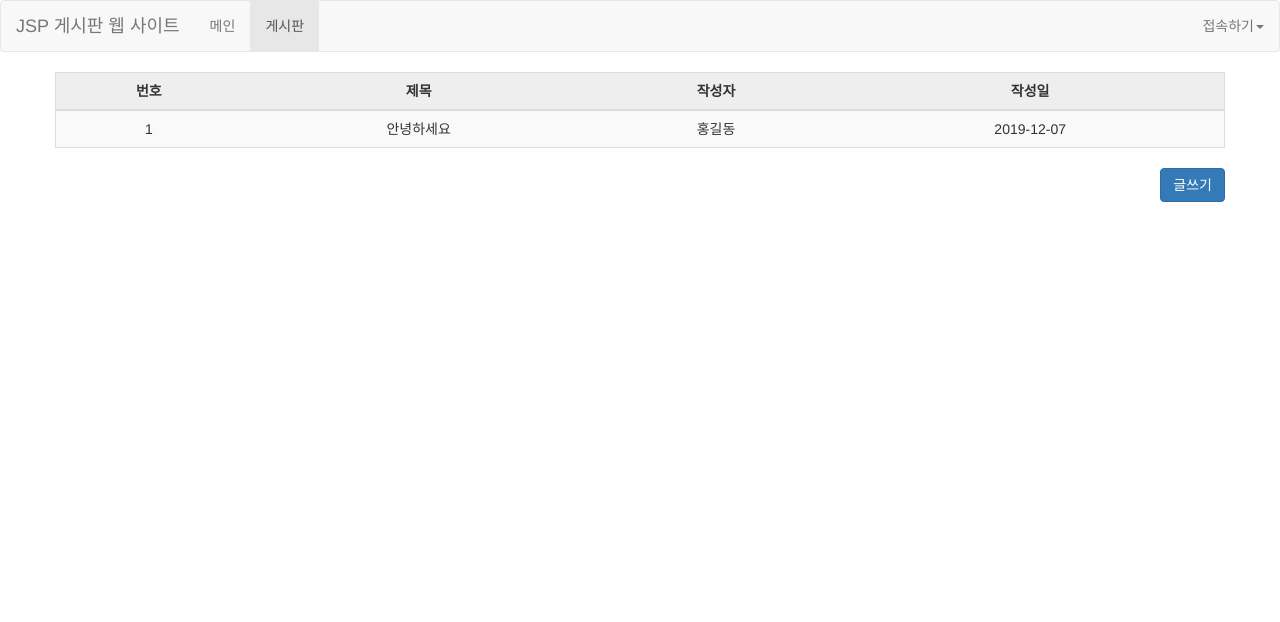
Repository: filola/web_project
Page: http://localhost/BBS/view.jsp
These files come from the project's save history. The page is drawn as it stood at one moment and after the next save; the edit follows.
The browser window is 1280 px wide. The pictures show the whole page.
Some web libraries are served in a nearby version. The page is served by Tomcat 9. Other server files are loaded and not shown.

Above is the page before, as saved 2019-12-07 05:43:00.

### projects/BBS/WebContent/view.jsp
<%@ page language="java" contentType="text/html; charset=UTF-8"
    pageEncoding="UTF-8"%>
<%@ page import="java.io.PrintWriter" %>
<!DOCTYPE html>
<html>
<head>
<meta http-equiv="Content-Type" content="text/html; charset="UTF-8">
<meta name="viewport" content="width=device-width", initial-scale="1">
<link rel="stylesheet" href="css/bootstrap.css">
<title>JSP 게시판 웹 사이트</title>
</head>
<body>
	<%
		String userID = null;
		if (session.getAttribute("userID") != null){
			userID = (String) session.getAttribute("userID");
		}
	%>
	<nav class="navbar navbar-default">
		<div class="navbar-header">
			<button type="button" class="navbar-toggle collapsed"
				data-toggle="collapse" data-target="#bs-example-navbar-collapse-1"
				aria-expanded="false">
				<span class="icon-bar"></span>
				<span class="icon-bar"></span>
				<span class="icon-bar"></span>
			</button>
			<a class="navbar-brand" href="main.jsp">JSP 게시판 웹 사이트</a>
		</div>
		<div class="collapse navbar-collapse" id="bs-example-navbar-collapse-1">
			<ul class="nav navbar-nav">
				<li><a href="main.jsp">메인</a></li>
				<li class="active"><a href="bbs.jsp">게시판</a></li>
			</ul>
			<%
				if(userID ==null) {
			%>
			<ul class="nav navbar-nav navbar-right">
				<li class="dropdown">
					<a href="#" class="dropdown-toggle"
                    	data-toggle="dropdown" role="button" aria-haspopup="true"
                    	aria-expanded="false">접속하기<span class="caret"></span></a>
					<ul class="dropdown-menu">
                        <li><a href="login.jsp">로그인</a></li>
                        <li><a href="join.jsp">회원가입</a>
					</ul>
				</li>
			</ul>
			<%
				} else {
			%>
			<ul class="nav navbar-nav navbar-right">
				<li class="dropdown">
					<a href="#" class="dropdown-toggle"
                    data-toggle="dropdown" role="button" aria-haspopup="true"
                    aria-expanded="false">회원관리<span class="caret"></span></a>
					<ul class="dropdown-menu">
                        <li><a href="logoutAction.jsp">로그아웃</a></li>
					</ul>
				</li>
			</ul>
			<%
				}
			%>
		</div>
	</nav>
	<div class="container">
		<div class="row">
			<table class="table table-striped" style="text-align: center; border: 1px solid #dddddd">
				<thead>
					<tr>
						<th style="background-color: #eeeeee; text-align: center;">번호</th>
						<th style="background-color: #eeeeee; text-align: center;">제목</th>
						<th style="background-color: #eeeeee; text-align: center;">작성자</th>
						<th style="background-color: #eeeeee; text-align: center;">작성일</th>
					</tr>
				</thead>
				<tbody>
					<tr>
						<td>1</td>
						<td>안녕하세요</td>
						<td>홍길동</td>
						<td>2019-12-07</td>
					</tr>
				</tbody>
			</table>
			<a href="write.jsp" class="btn btn-primary pull-right">글쓰기</a>
		</div>
	</div>
	<script src="https://ajax.aspnetcdn.com/ajax/jQuery/jquery-3.3.1.min.js"></script>
	<script src="https://maxcdn.bootstrapcdn.com/bootstrap/3.3.7/js/bootstrap.min.js"></script>
	<script src="https://ajax.googleapis.com/ajax/libs/jquery/3.2.1/jquery.min.js"></script>
</body>
</html>

Loaded but not shown: projects/BBS/WebContent/css/bootstrap.css (library)

After the next save:
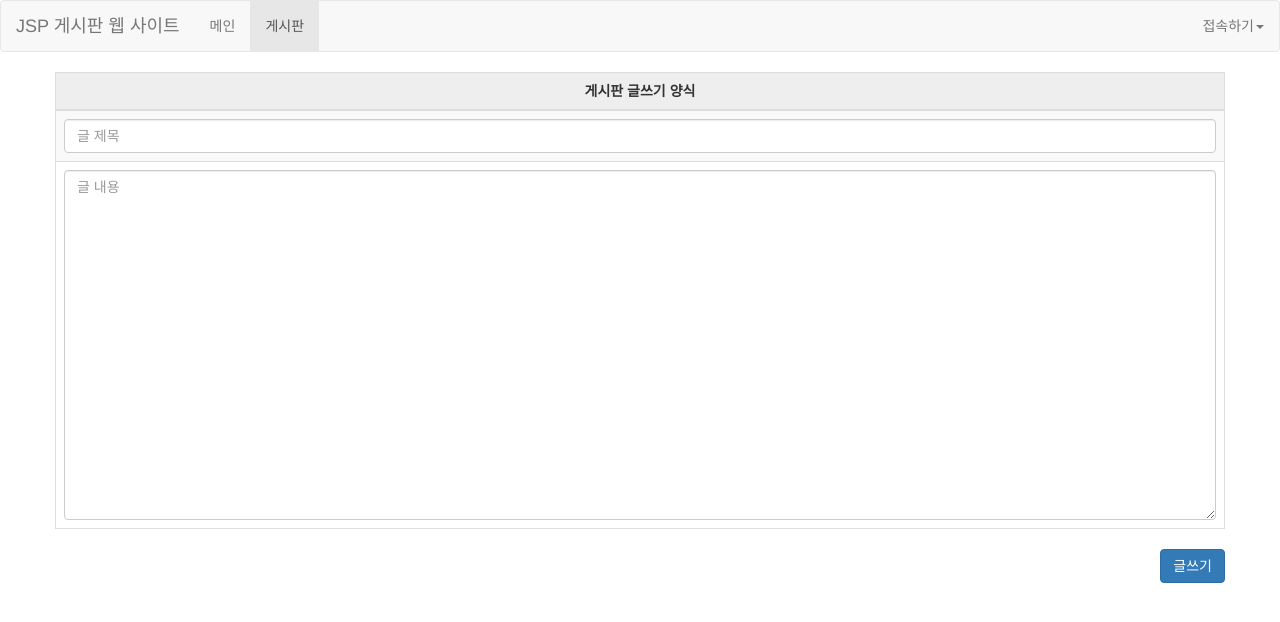
Saved 16 min 32 s later.
--- a/projects/BBS/WebContent/view.jsp
+++ b/projects/BBS/WebContent/view.jsp
@@ -66,25 +66,23 @@
 	</nav>
 	<div class="container">
 		<div class="row">
-			<table class="table table-striped" style="text-align: center; border: 1px solid #dddddd">
-				<thead>
-					<tr>
-						<th style="background-color: #eeeeee; text-align: center;">번호</th>
-						<th style="background-color: #eeeeee; text-align: center;">제목</th>
-						<th style="background-color: #eeeeee; text-align: center;">작성자</th>
-						<th style="background-color: #eeeeee; text-align: center;">작성일</th>
-					</tr>
-				</thead>
-				<tbody>
-					<tr>
-						<td>1</td>
-						<td>안녕하세요</td>
-						<td>홍길동</td>
-						<td>2019-12-07</td>
-					</tr>
-				</tbody>
-			</table>
-			<a href="write.jsp" class="btn btn-primary pull-right">글쓰기</a>
+			<form method="post" action="writeAction.jsp">
+				<table class="table table-striped" style="text-align: center; border: 1px solid #dddddd">
+					<thead>
+						<tr>
+							<th colspan="2" style="background-color: #eeeeee; text-align: center;">게시판 글쓰기 양식</th>
+					</thead>
+					<tbody>
+						<tr>
+							<td><input type="text" class="form-control" placeholder="글 제목" name="bbsTitle" maxlength="50"></td>
+						</tr>
+						<tr>
+							<td><textarea class="form-control" placeholder="글 내용" name="bbsContent" maxlength="2048" style="height: 350px;"></textarea></td>
+						</tr>
+					</tbody>
+				</table>
+				<input type="submit" class="btn btn-primary pull-right" value="글쓰기">
+			</form>
 		</div>
 	</div>
 	<script src="https://ajax.aspnetcdn.com/ajax/jQuery/jquery-3.3.1.min.js"></script>
